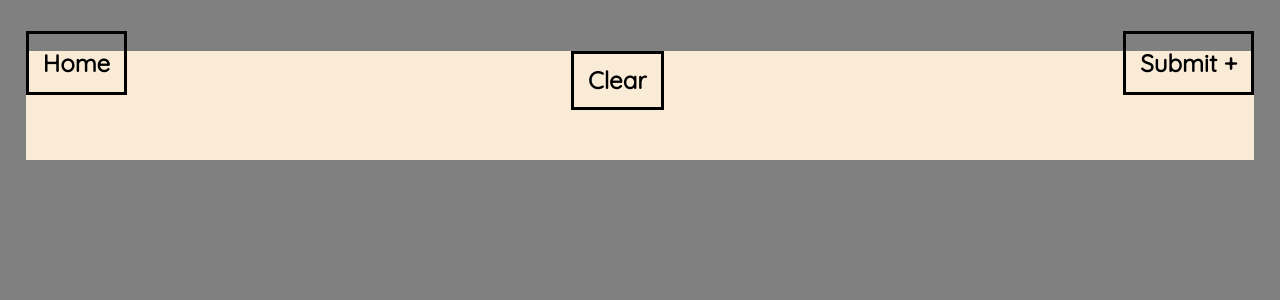
Repository: rickypcyt/WebMural
Page: /
The author's editor kept a copy of each file at every save. The page is drawn from the files as they stood at one save, then again after the next save.
The browser window is 1280 px wide. The pictures show the whole page.
The project was rebuilt for these pictures with package versions that can differ from the ones it lists, and the page was loaded fresh each time.

Above is the page before, as saved 2022-09-12 13:11:10.

After the next save:
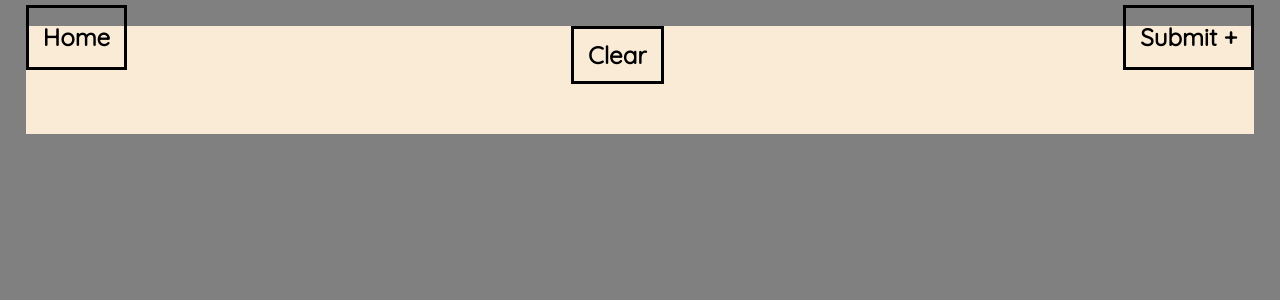
Saved 55 s later.
--- a/src/index.css
+++ b/src/index.css
@@ -28,7 +28,6 @@ body {
   font-size: large;
   margin: 2%;
   padding: 0%;
-  margin-top: 4%;
 }
 main{
   background-color: antiquewhite;
